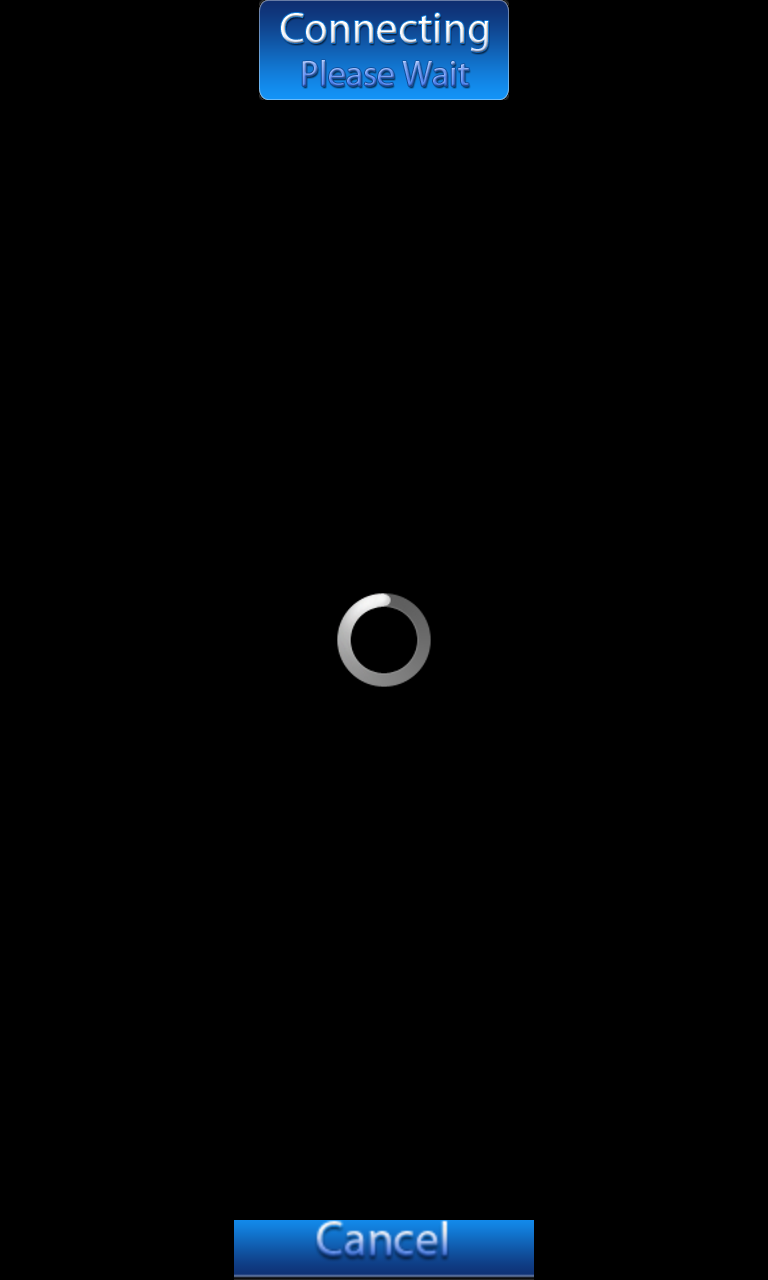
Repository: Matt-Bishop/HP-Photo-Kiosk
Layout: workspace/HP_PK/res/layout/connecting.xml
The author's editor kept a copy of each file at every save. The layout is drawn from the files as they stood at one save, then again after the next save.
It is drawn on a 768 x 1280 px phone screen (xhdpi) without system bars, with theme android:Theme; the app's code is not run.

Above is the layout before, as saved 2011-01-03 04:46:01.

After the next save:
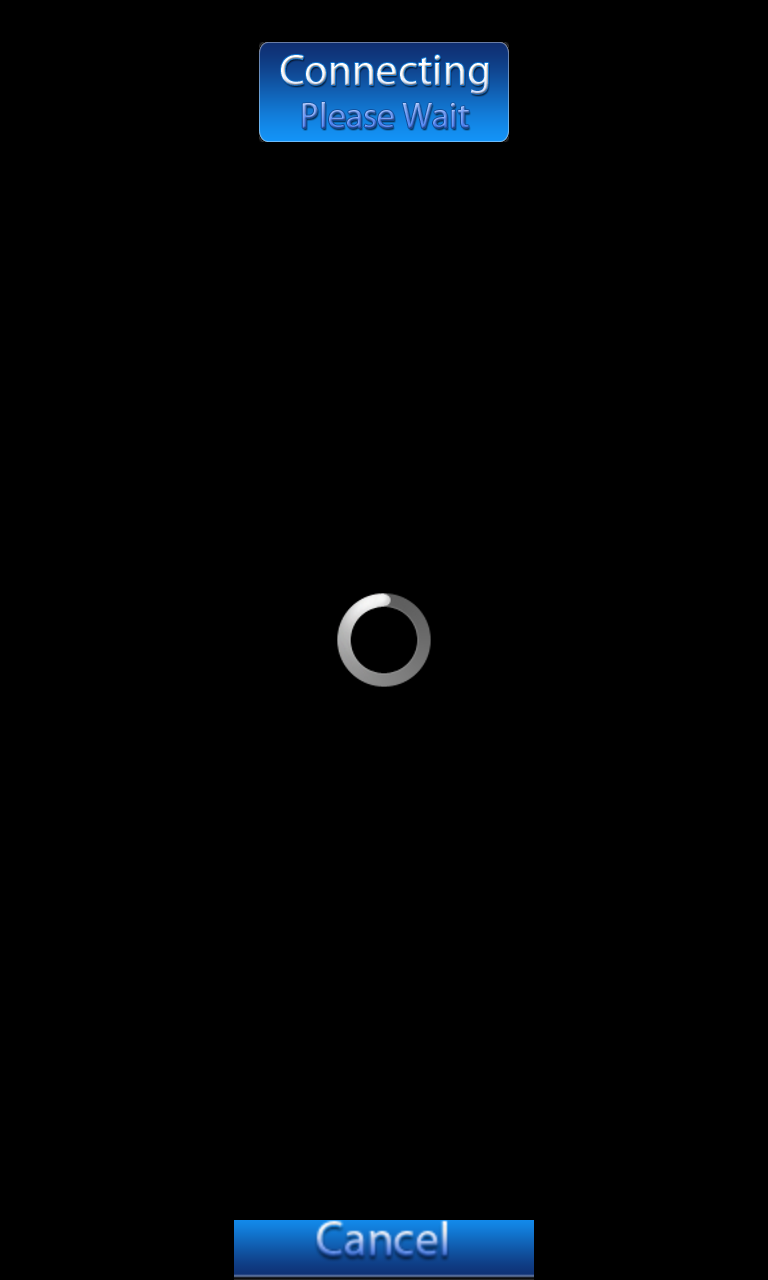
Saved 2 min 2 s later.
--- a/workspace/HP_PK/res/layout/connecting.xml
+++ b/workspace/HP_PK/res/layout/connecting.xml
@@ -5,22 +5,45 @@
 android:layout_height="fill_parent"
 xmlns:android="http://schemas.android.com/apk/res/android"
 >
+<ProgressBar
+android:id="@+id/widget36"
+android:layout_width="wrap_content"
+android:layout_height="wrap_content"
+android:indeterminate="true"
+android:layout_centerVertical="true"
+android:layout_centerHorizontal="true"
+>
+</ProgressBar>
 <ImageView
 android:id="@+id/widget37"
 android:layout_width="250px"
 android:layout_height="100px"
 android:src="@drawable/hp_connecting"
-android:layout_below="@+id/widget86"
+android:layout_below="@+id/widget88"
 android:layout_centerHorizontal="true"
 >
 </ImageView>
 <FrameLayout
+android:id="@+id/widget88"
+android:layout_width="wrap_content"
+android:layout_height="21px"
+android:layout_below="@+id/widget86"
+android:layout_alignParentLeft="true"
+>
+</FrameLayout>
+<FrameLayout
 android:id="@+id/widget86"
 android:layout_width="wrap_content"
-android:layout_height="wrap_content"
+android:layout_height="21px"
 android:layout_alignParentTop="true"
 android:layout_alignParentLeft="true"
 >
+<FrameLayout
+android:id="@+id/widget87"
+android:layout_width="wrap_content"
+android:layout_height="wrap_content"
+>
+</FrameLayout>
 </FrameLayout>
 <ImageButton
 android:id="@+id/widget30"
@@ -31,13 +54,4 @@
 android:layout_centerHorizontal="true"
 >
 </ImageButton>
-<ProgressBar
-android:id="@+id/widget36"
-android:layout_width="wrap_content"
-android:layout_height="wrap_content"
-android:indeterminate="true"
-android:layout_centerVertical="true"
-android:layout_centerHorizontal="true"
->
-</ProgressBar>
 </RelativeLayout>
